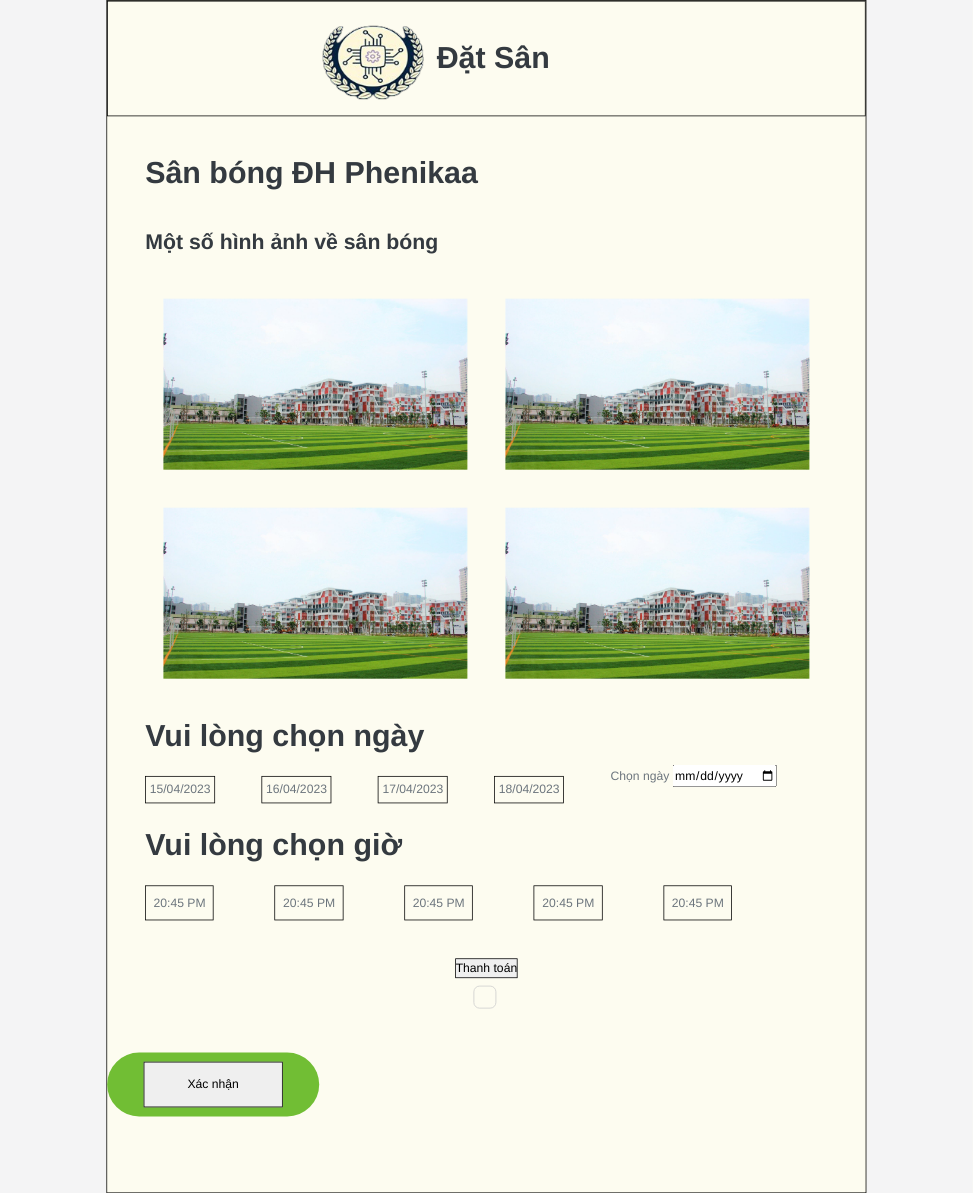
Repository: tus3300/BTL
Page: code/tacket.html
The author's editor kept a copy of each file at every save. The page is drawn from the files as they stood at one save, then again after the next save.
The browser window is 1280 px wide. The pictures show the whole page, at 76% of full size.

Above is the page before, as saved 2023-05-20 23:45:39.

After the next save:
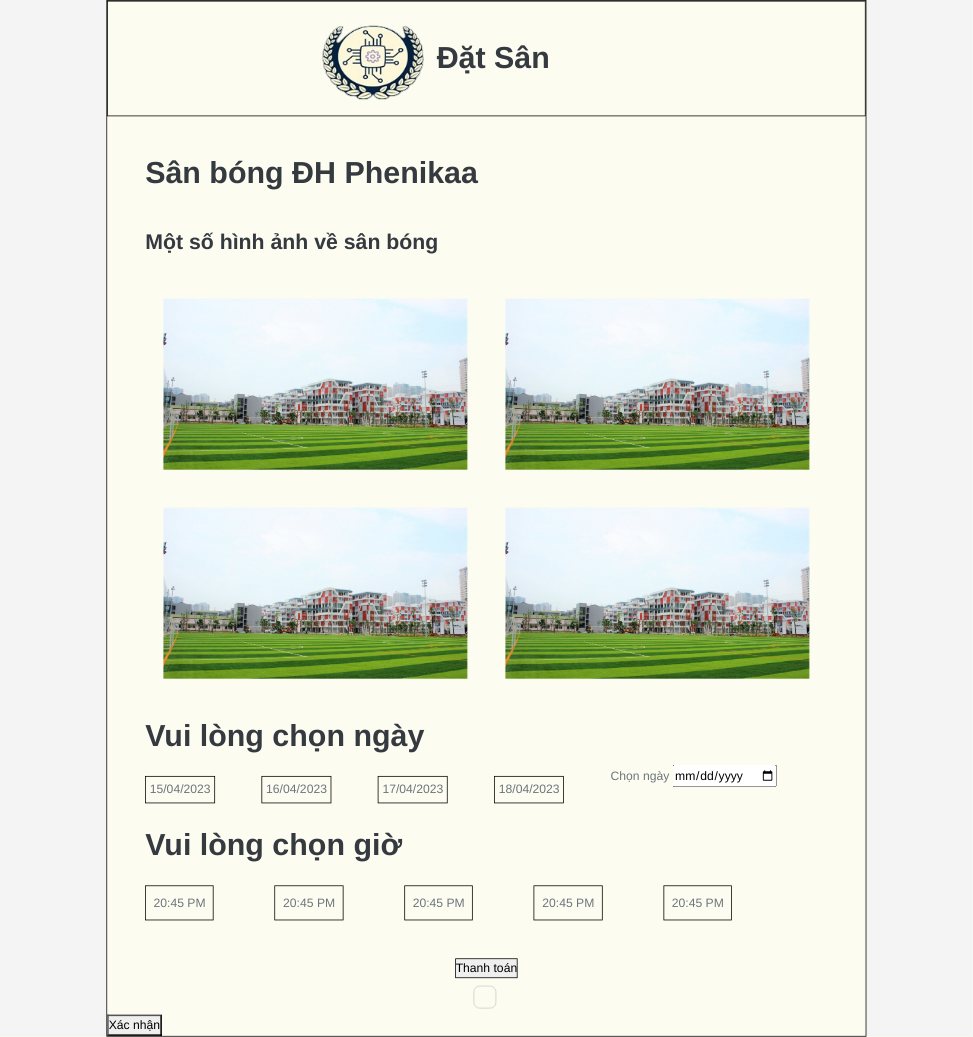
Saved 4 min 6 s later.
--- a/code/tacket.html
+++ b/code/tacket.html
@@ -140,7 +140,7 @@
               <label for="checkbox" class="checkbox-label"></label>
             </label>
         </div>
-        <div onclick="showSuccessToast();"class="check-ticket btn btn--success">
+        <div ;"class="check-ticket btn btn--success">
             <a href="" class=""><button>Xác nhận</button></a>
         </div>
     </div>
